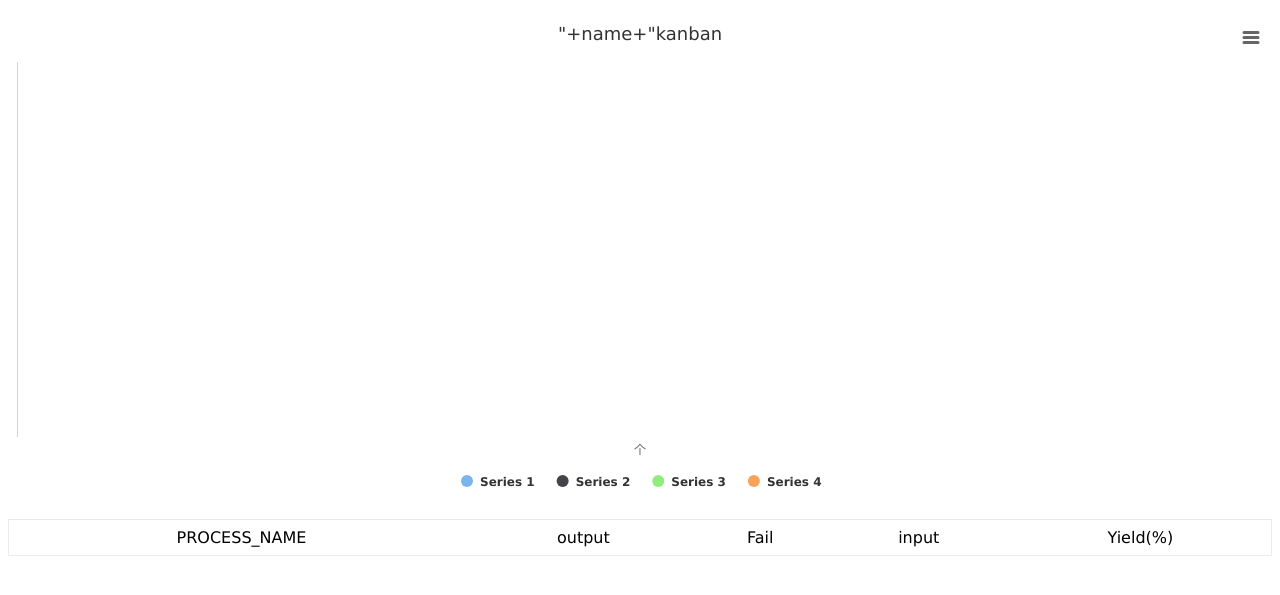
Repository: zxj19880502/mycode
Page: http://localhost/test1/line.jsp
An editor plug-in stored every save of this project. The page is shown before and after the next save, followed by the edit.
The browser window is 1280 px wide. The pictures show the whole page.
The page is served by Tomcat 9. Queries for data that is not in the repository find no rows.

Above is the page before, as saved 2022-02-17 05:30:42.

After the next save:
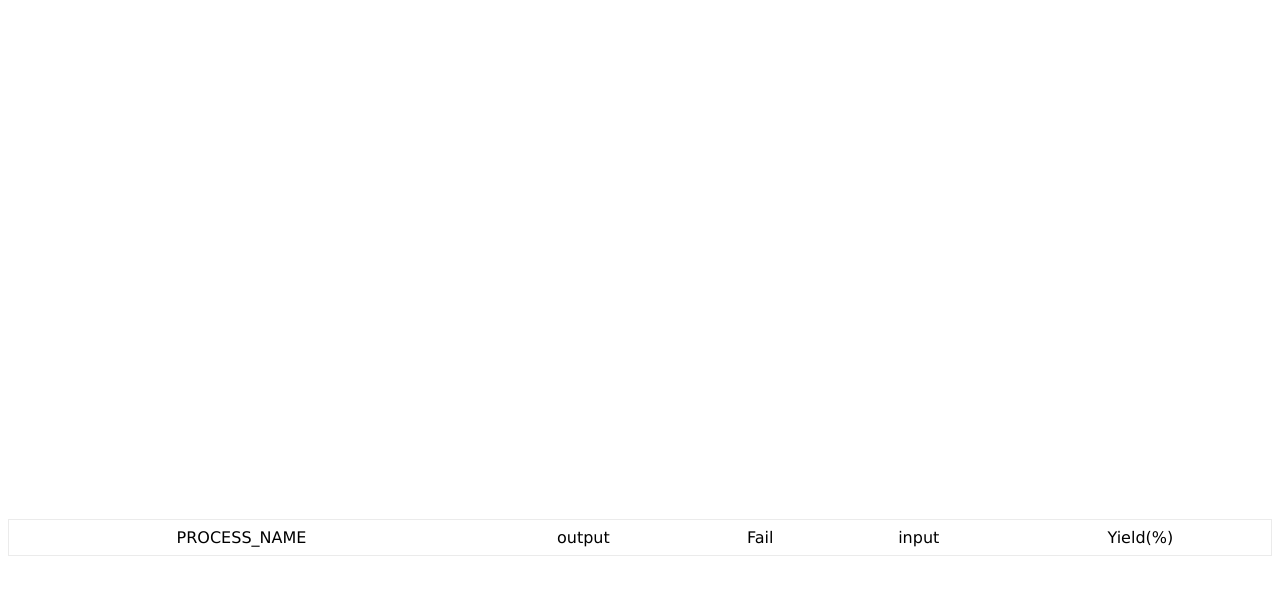
Console error: SyntaxError: Unexpected string
Saved 2 min 43 s later.
--- a/apache-tomcat-8.5.73/webapps/ROOT/test1/line.jsp
+++ b/apache-tomcat-8.5.73/webapps/ROOT/test1/line.jsp
@@ -175,7 +175,7 @@
         }
     },
     title: {
-		text: '"+name+"kanban'
+		text: "+name+"'kanban'
 		// 该功能依赖 data.js 模块，详见https://www.hcharts.cn/docs/data-modules
 	},
 	yAxis: {

After the save that followed:
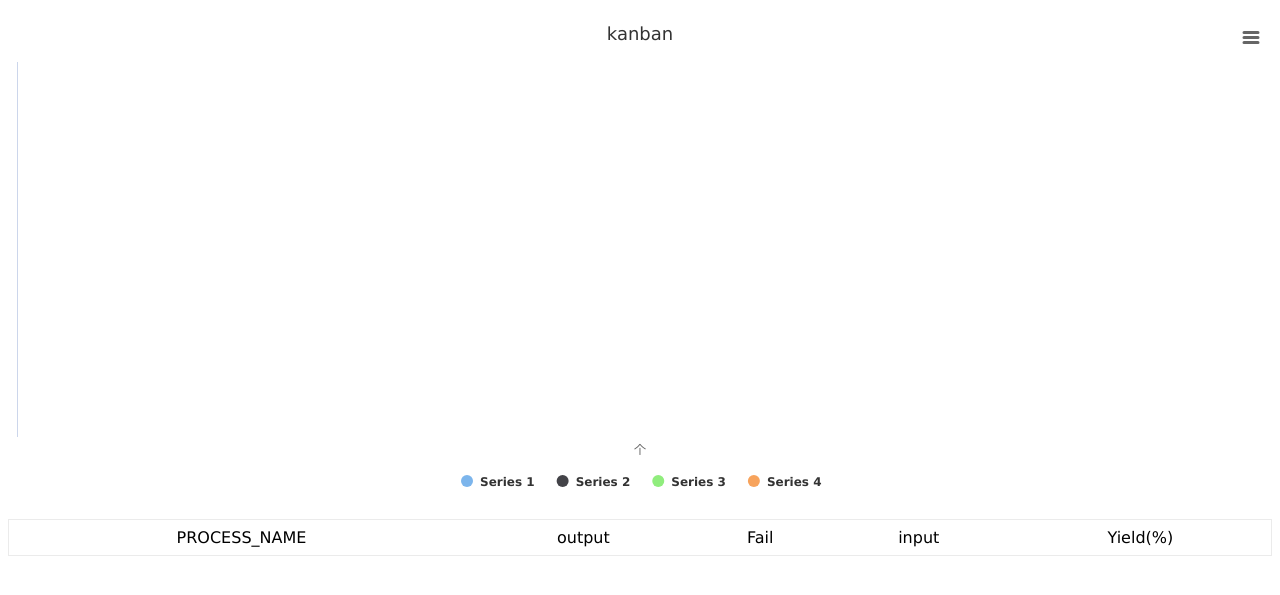
The error is gone.
Saved 18 s later.
--- a/apache-tomcat-8.5.73/webapps/ROOT/test1/line.jsp
+++ b/apache-tomcat-8.5.73/webapps/ROOT/test1/line.jsp
@@ -175,7 +175,7 @@
         }
     },
     title: {
-		text: "+name+"'kanban'
+		text: 'kanban'
 		// 该功能依赖 data.js 模块，详见https://www.hcharts.cn/docs/data-modules
 	},
 	yAxis: {
